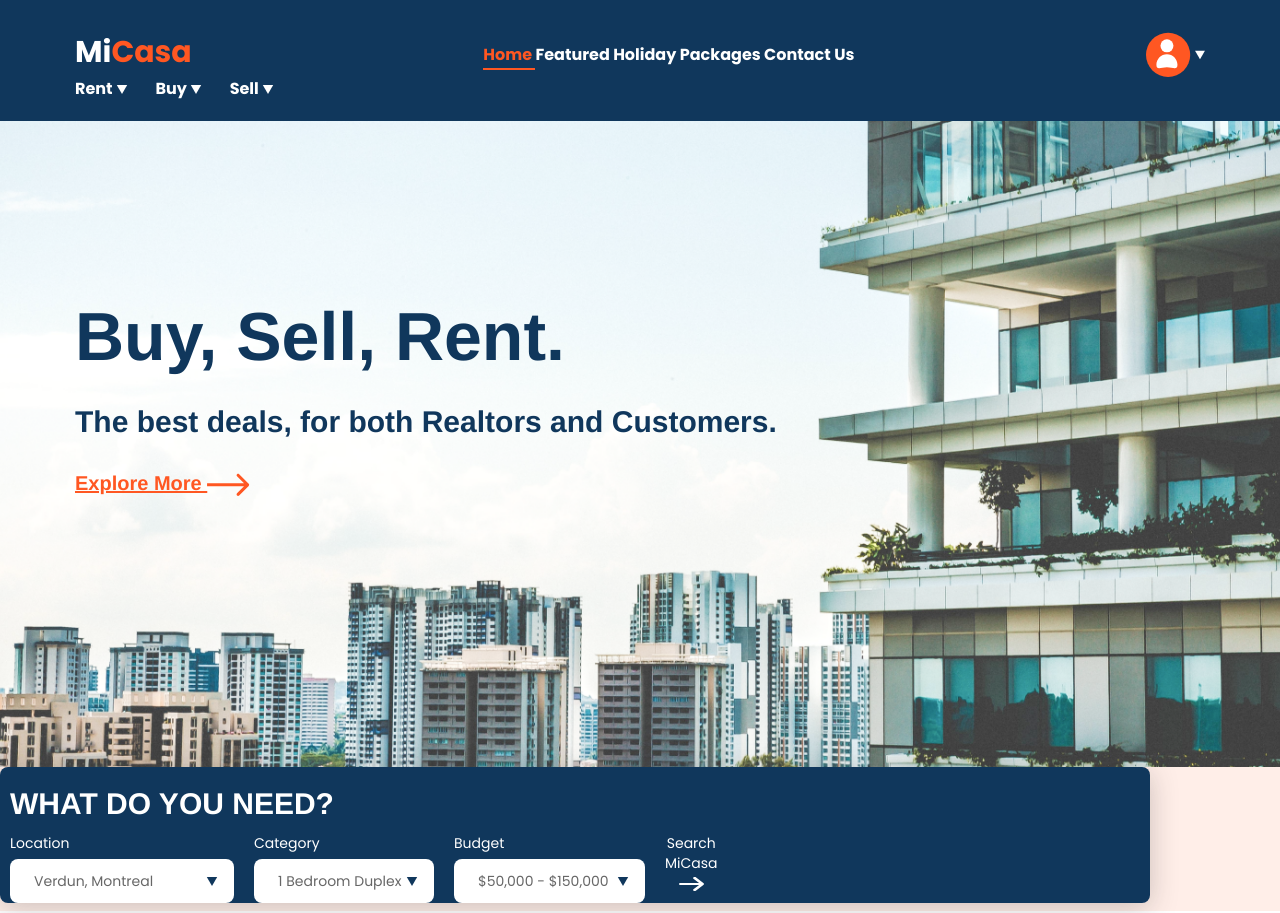
Repository: BenUnyolo/micasa-frontend
Page: index.html
An editor plug-in stored every save of this project. The page is shown before and after the next save, followed by the edit.
The browser window is 1280 px wide. The pictures show the whole page.

Above is the page before, as saved 2021-10-17 12:23:18.

### index.html
<!DOCTYPE html>
<html lang="en">
  <head>
    <meta charset="UTF-8" />
    <meta http-equiv="X-UA-Compatible" content="IE=edge" />
    <meta name="viewport" content="width=device-width, initial-scale=1.0" />
    <title>Document</title>
    <link rel="stylesheet" href="tailwind.css" />
  </head>
  <body>
    <!-- HEADER -->
    <header class="pt-8 pb-5 text-white bg-primary-600">
      <div class="inner-container">
        <!-- top row -->
        <div class="flex flex-row justify-between">
          <a
            href="/"
            class="inline-block text-3xl font-bold leading-10 font-poppins"
          >
            Mi<span class="text-secondary-600">Casa</span>
          </a>
          <nav class="flex items-center inline-block">
            <ul class="font-bold li-inline space-x-14 font-poppins">
              <li
                class="
                  text-secondary-600
                  border-b-2
                  pb-0.5
                  border-secondary-600
                "
              >
                <a href="/">Home</a>
              </li>
              <li><a href="#">Featured</a></li>
              <li><a href="#">Holiday Packages</a></li>
              <li><a href="#">Contact Us</a></li>
            </ul>
          </nav>
          <div class="flex flex-row items-center">
            <img src="assets/images/user_avatar.svg" alt="user avatar" />
            <svg
              width="14"
              height="12"
              viewBox="0 0 14 12"
              fill="none"
              xmlns="http://www.w3.org/2000/svg"
              class="pl-1"
            >
              <title>profile dropdown</title>
              <path d="M7 12L0.0717964 0H13.9282L7 12Z" fill="white" />
            </svg>
          </div>
        </div>
        <!-- bottom row -->
        <div>
          <ul class="space-x-6 font-bold li-inline font-poppins">
            <li>
              Rent
              <svg
                width="12"
                height="9"
                viewBox="0 0 12 9"
                fill="none"
                xmlns="http://www.w3.org/2000/svg"
                class="inline-block"
              >
                <path d="M6 9L0.803848 0H11.1962L6 9Z" fill="white" />
              </svg>
            </li>
            <li>
              Buy
              <svg
                width="12"
                height="9"
                viewBox="0 0 12 9"
                fill="none"
                xmlns="http://www.w3.org/2000/svg"
                class="inline-block"
              >
                <path d="M6 9L0.803848 0H11.1962L6 9Z" fill="white" />
              </svg>
            </li>
            <li>
              Sell
              <svg
                width="12"
                height="9"
                viewBox="0 0 12 9"
                fill="none"
                xmlns="http://www.w3.org/2000/svg"
                class="inline-block"
              >
                <path d="M6 9L0.803848 0H11.1962L6 9Z" fill="white" />
              </svg>
            </li>
          </ul>
        </div>
      </div>
    </header>
    <!-- HERO -->
    <div class="hero">
      <div class="flex inner-container">
        <div class="w-6/12">
          <h1 class="text-primary-600">Buy, Sell, Rent.</h1>
          <h2 class="mt-7.5 text-primary-600">
            The best deals, for both Realtors and Customers.
          </h2>
          <a
            href="#"
            class="
              inline-block
              mt-7.5
              text-secondary-600
              font-helvetica font-bold
              text-xl
              underline
            "
            >Explore More
            <svg
              width="43"
              height="23"
              viewBox="0 0 43 23"
              fill="none"
              xmlns="http://www.w3.org/2000/svg"
              class="inline-block"
            >
              <path
                d="M41.6936 12.9142C42.2794 12.3284 42.2794 11.3786 41.6936 10.7929L32.1477 1.24691C31.5619 0.661127 30.6122 0.661127 30.0264 1.24691C29.4406 1.8327 29.4406 2.78245 30.0264 3.36823L38.5117 11.8535L30.0264 20.3388C29.4406 20.9246 29.4406 21.8743 30.0264 22.4601C30.6122 23.0459 31.5619 23.0459 32.1477 22.4601L41.6936 12.9142ZM0.0714722 13.3535H40.633V10.3535H0.0714722V13.3535Z"
                fill="#FF5722"
              />
            </svg>
          </a>
        </div>
      </div>
    </div>
    <!-- SEARCH & HOW IT WORKS -->
    <div class="relative">
      <!-- what do you need -->
      <div
        class="absolute w-full pt-5 -mb-5 text-sm text-white rounded-lg  font-poppins px-28 bg-primary-600 absolute-center inner-container -top-32"
        id="homepage-search"
      >
        <h2 class="uppercase">What do you need?</h2>
        <!-- search boxes -->
        <span class="inline-block w-full mt-3">
          <div class="flex flex-wrap -m-2.5">
            <!-- location -->
            <div class="w-1/3 p-2.5">
              <label for="location" class="block">Location</label>
              <select name="location" id="search-location">
                <option value="verdun-montreal">Verdun, Montreal</option>
                <option value="sthenri-montreal">Saint Henri, Montreal</option>
                <option value="littleburgundy-montreal">
                  Little Burgundy, Montreal
                </option>
              </select>
            </div>
            <!-- category -->
            <div class="w-1/3 p-2.5">
              <label for="category" class="block">Category</label>
              <select name="category" id="search-category">
                <option value="1br-duplex">1 Bedroom Duplex</option>
                <option value="2br-duplex">2 Bedroom Duplex</option>
                <option value="3br-duplex">3 Bedroom Duplex</option>
              </select>
            </div>
            <!-- category -->
            <div class="w-1/3 p-2.5">
              <label for="budget" class="block">Budget</label>
              <select name="budget" id="search-budget">
                <option value="50k-150k">$50,000 - $150,000</option>
                <option value="150k-250k">$150,001 - $250,000</option>
                <option value="250k-350k">$250,001 - $350,000</option>
              </select>
            </div>
            <!-- search button -->
            <div class="w-1/3 p-2.5 ml-auto relative">
              <button class="absolute btn mr-2.5">
                Search MiCasa
                <svg
                  width="25"
                  height="15"
                  viewBox="0 0 25 15"
                  fill="none"
                  xmlns="http://www.w3.org/2000/svg"
                  class="inline-block"
                >
                  <path
                    d="M1.5625 8H20.0938L14.4219 12.36C14.2906 12.4611 14.1916 12.5778 14.1308 12.7034C14.0699 12.829 14.0483 12.961 14.0672 13.0919C14.1052 13.3564 14.3059 13.6003 14.625 13.77C14.9441 13.9397 15.3555 14.0214 15.7686 13.997C16.1818 13.9726 16.5629 13.8442 16.8281 13.64L24.6406 7.64C24.6932 7.59228 24.7402 7.54214 24.7812 7.49C24.7813 7.44 24.8594 7.41 24.8906 7.36C24.9614 7.24534 24.9985 7.12329 25 7C24.9985 6.87671 24.9614 6.75466 24.8906 6.64C24.8906 6.59 24.8125 6.56 24.7812 6.51C24.7402 6.45786 24.6932 6.40773 24.6406 6.36L16.8281 0.360002C16.6812 0.247119 16.4972 0.156339 16.2893 0.0941181C16.0814 0.0318971 15.8545 -0.000236672 15.625 1.91036e-06C15.2599 -0.000454603 14.9061 0.0809208 14.625 0.230002C14.4668 0.313951 14.336 0.417051 14.2401 0.533399C14.1443 0.649746 14.0852 0.777054 14.0663 0.908031C14.0475 1.03901 14.0692 1.17108 14.1302 1.29668C14.1912 1.42229 14.2903 1.53895 14.4219 1.64L20.0938 6H1.5625C1.1481 6 0.750672 6.10536 0.457646 6.2929C0.16462 6.48043 0 6.73479 0 7C0 7.26522 0.16462 7.51957 0.457646 7.70711C0.750672 7.89464 1.1481 8 1.5625 8Z"
                    fill="white"
                  />
                </svg>
              </button>
            </div>
          </div>
        </span>
      </div>
      <!-- how it works -->
      <div class="bg-secondary-600 bg-opacity-10 pt-28">
        <div class="inner-container">
          something
          <br />
          <br />
          <br />
          <br />
          <br />
          <br />
        </div>
      </div>
    </div>
  </body>
</html>

Loaded but not shown: tailwind.css (library)

After the next save:
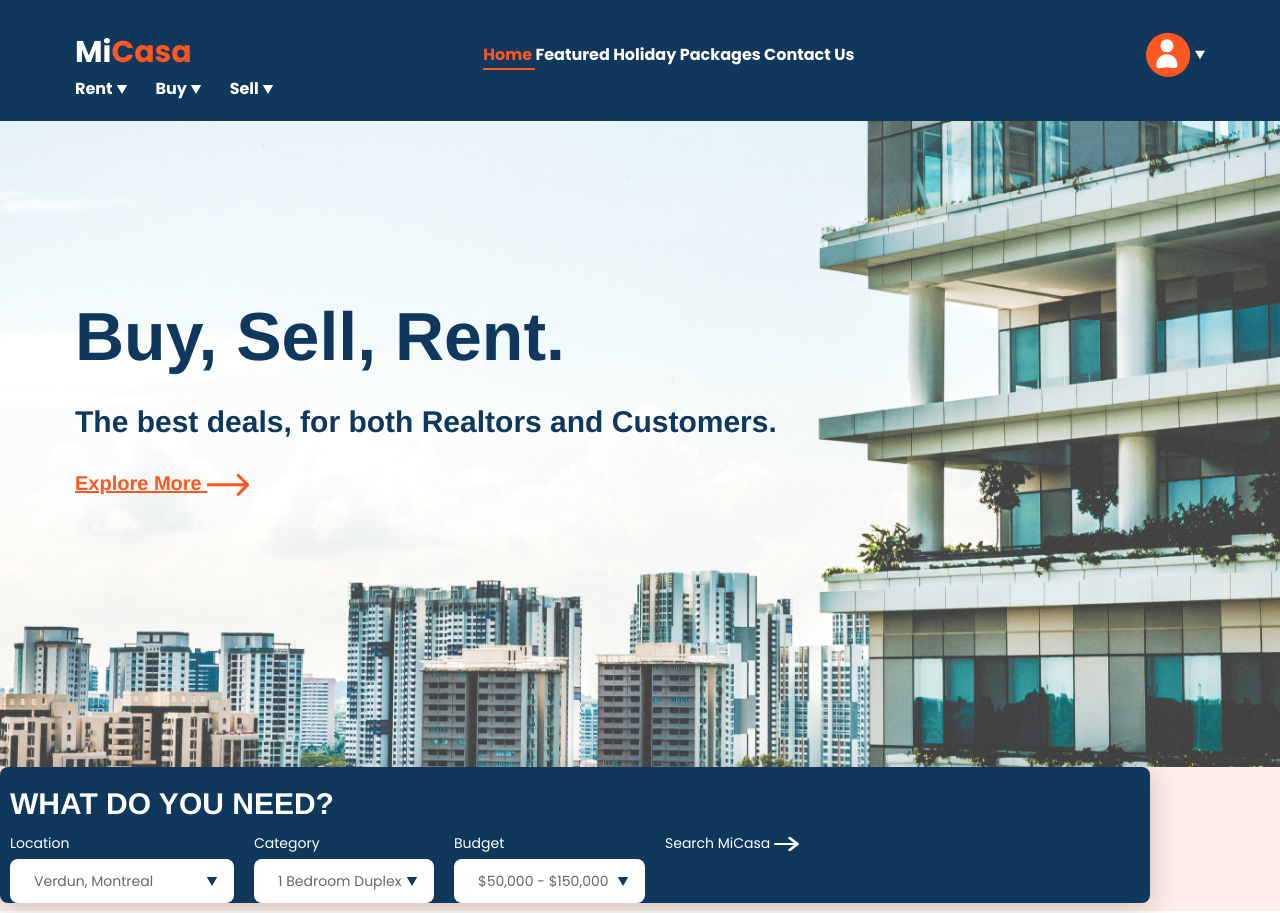
Saved 43 s later.
--- a/index.html
+++ b/index.html
@@ -174,8 +174,8 @@
               </select>
             </div>
             <!-- search button -->
-            <div class="w-1/3 p-2.5 ml-auto relative">
-              <button class="absolute btn mr-2.5">
+            <div class="w-1/3 p-2.5 ml-auto">
+              <button class="btn mr-2.5">
                 Search MiCasa
                 <svg
                   width="25"
